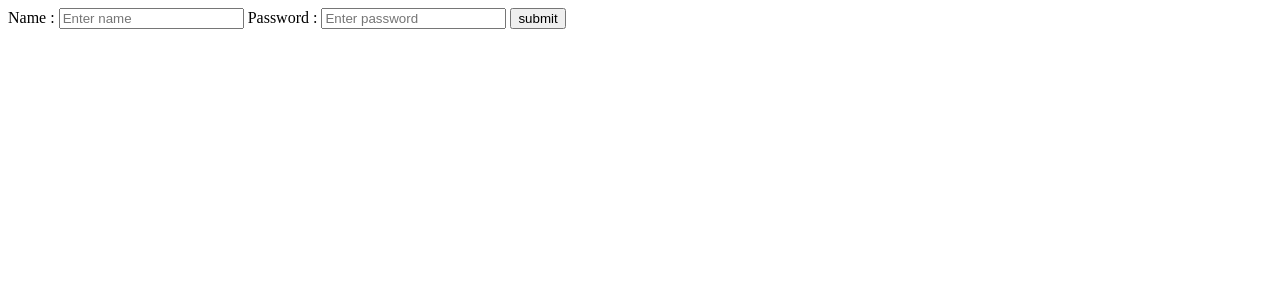
Repository: Dhwanishah1106/WTL
Page: Login6/WebContent/Login.html
These files come from the project's save history. The page is drawn as it stood at one moment and after the next save; the edit follows.
The browser window is 1280 px wide. The pictures show the whole page.

Above is the page before, as saved 2019-04-11 09:27:09.

After the next save:
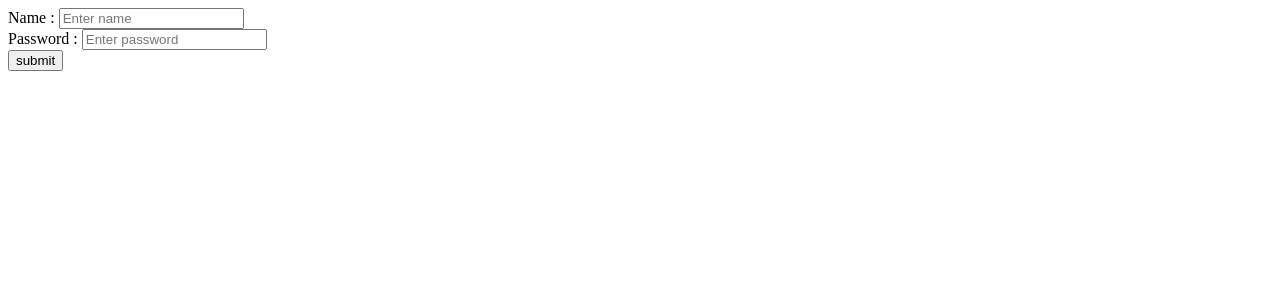
Saved 51 s later.
--- a/Login6/WebContent/Login.html
+++ b/Login6/WebContent/Login.html
@@ -7,8 +7,8 @@
 <body>
 
 <form action = "Process.jsp" method = "POST">
-	Name : <input type="text" id="name" name="name" placeholder="Enter name">
-	Password : <input type="password" id="password" placeholder="Enter password">
+	Name : <input type="text" id="name" name="name" placeholder="Enter name"><br>
+	Password : <input type="password" id="password" placeholder="Enter password"><br>
 	<input type="submit" id="submit" value="submit">
 </form>
 
